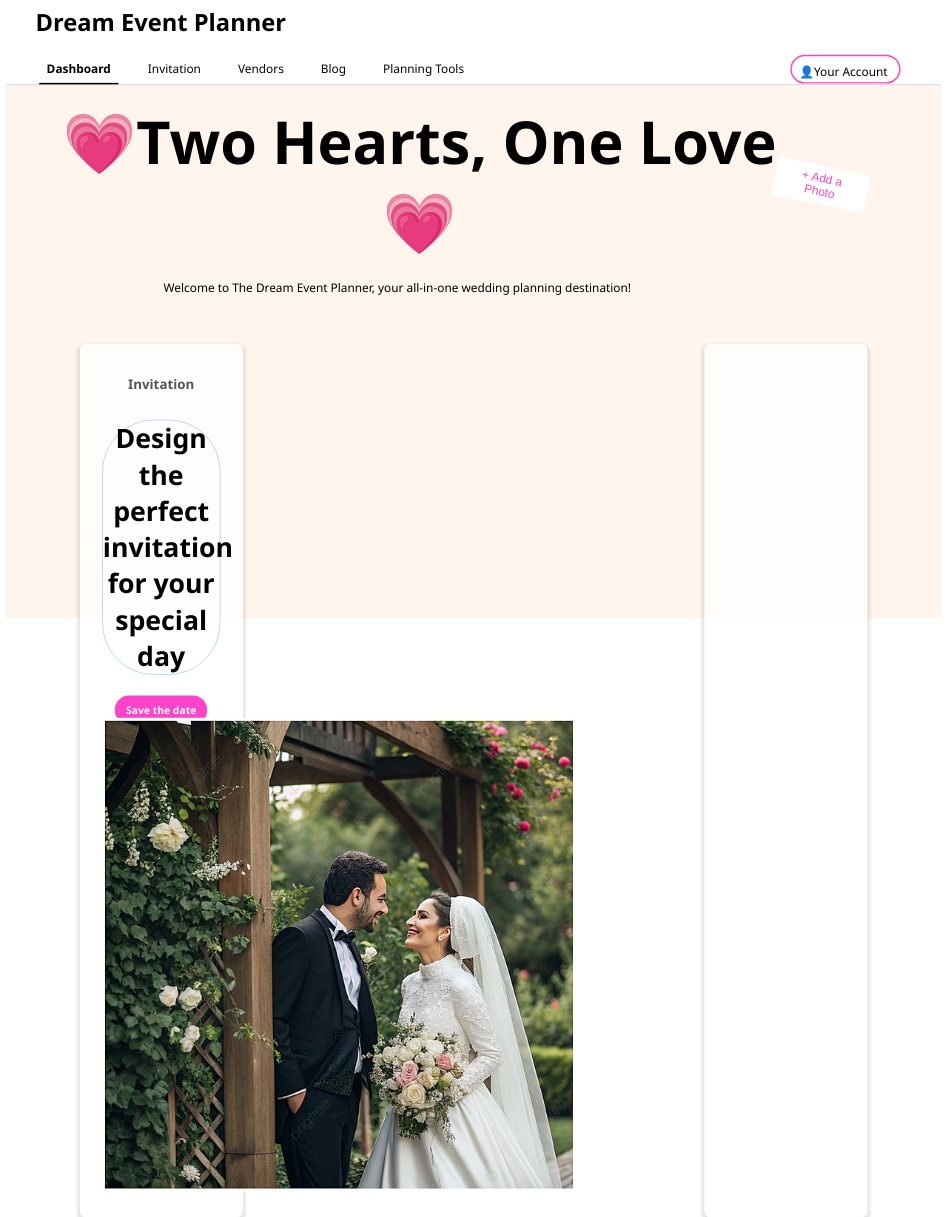
Repository: rajeshwari16945/Dream_Event_planner
Page: dep-admin-vendor-svc/src/main/resources/static/html/dashboard.html
An editor plug-in stored every save of this project. The page is shown before and after the next save, followed by the edit.
The browser window is 1280 px wide. The pictures show the whole page, at 74% of full size.
The page's requests for data from a server got no answer.

Above is the page before, as saved 2025-03-04 18:11:33.

### dep-admin-vendor-svc/src/main/resources/static/html/dashboard.html
<!DOCTYPE html>
<html>
	<head>
		<meta charset="UTF-8"/>
		<title>Dream Event Planner</title>
		<link type="text/css" rel="stylesheet" href="../css/style.css">
		<script src="https://ajax.googleapis.com/ajax/libs/jquery/3.7.1/jquery.min.js"></script>
		<script src="../javascript/checkSession.js"></script>
		<script src="../javascript/UserNavigationJQ.js"></script>
		<script src="../javascript/UserDashboard.js"></script>
		<script>
		  fetch('userNavigation.html')
		    .then(response => response.text())
		    .then(data => {
		      document.getElementById('content').innerHTML = data;
		    });
		</script>
	</head>
	<body>
		<div id="content"></div>
		<main>
			<div class="dashboard-page">
				<div class="dashboard-section1">
					<div class="dashboard-heading">
						<h1 class="welcome-heading">💗Two Hearts, One Love💗</h1>
						<p class="welcome-msg">Welcome to The Dream Event Planner, your all-in-one wedding planning destination!</p>
					</div>
					<div class="dashboard-image">
						<div id="user-image-preview"></div>
						<button class="dashboard-photo-button" id="changePhoto">+ Add a Photo</button>
						<input type="file" id="image" accept="image/*" style="display: none;">
					</div>
				</div>
				<div class="dashboard-section2">
					<div class="invitation-ad">
						<div class="invitation-ad-top">
							<div class="invitation-left-heading">
								<h1>Invitation</h1>
								<p>Design the perfect invitation for your special day</p>
							</div>
							<div class="invitation-right-button">
								<a href="Invitation.js">Save the date</a>
							</div>
						</div>
						<div class="invitation-ad-bottom">
							<img src="../images/invi-ad.jpg" alt="invitation-ad-image" />
						</div>
					</div>
					<div></div>
				</div>
			</div>
		</main>
	</body>
</html>

### dep-admin-vendor-svc/src/main/resources/static/html/userNavigation.html
<!DOCTYPE html>
<html>
	<head>
		<meta charset="utf-8">
		<title>Dream Event Planner</title>
		<link type="text/css" rel="stylesheet" href="../css/style.css">
		<script>
		    document.addEventListener("DOMContentLoaded", function () {
		        // Get the current page URL
		        let currentPage = window.location.pathname.split("/").pop();
		        // Select all navigation links
		        let navLinks = document.querySelectorAll(".user-nav-menu a");
		        // Loop through links and add the 'active' class if the href matches the page
		        navLinks.forEach(link => {
		            if (link.getAttribute("href") === currentPage) {
		                link.classList.add("active");
		            }
		        });
		    });
		</script>
	</head>
	<body>
		<div class="user_nav_main">
			<h1 class="top-heading">Dream Event Planner</h1>
			<div class="topnav">
                <div class="float-left">
					<ul class="user-nav-menu">
	                    <li><a class="nav-items active" href="dashboard.html">Dashboard</a></li>
	                    <li><a class="nav-items" href="invitation.html">Invitation</a></li>
	                    <li class="dropdown">
							<a href="">Vendors</a>
							<ul class="dropdown-menu">
				                <li><a href="VendorList.html?type=Venue">Venue</a></li>
				                <li><a href="VendorList.html?type=Catering">Catering</a></li>
				                <li><a href="VendorList.html?type=Photographer">Photographers</a></li>
				            </ul>
						</li>
	                    <li><a class="nav-items" href="">Blog</a></li>
	                    <li><a class="nav-items" href="BudgetPlanner.html">Planning Tools</a></li>
					</ul>
                </div>
                <div class="float-right">
					<ul class="user-nav-menu">
						<li class="dropdown">
							<a href="" class="account-menu">👤Your Account</a>
							<ul class="dropdown-menu">
								<li><a href="UserSettings.html">Account Settings</a></li>
								<li><button id="logoutButton">Log out</button></li>
							</ul>
						</li>
					</ul>
                </div>
            </div>
		</div>
	</body>
</html>

Loaded but not shown: dep-admin-vendor-svc/src/main/resources/static/javascript/UserDashboard.js (61 lines, source omitted); dep-admin-vendor-svc/src/main/resources/static/javascript/checkSession.js (47 lines, source omitted); dep-admin-vendor-svc/src/main/resources/static/javascript/UserNavigationJQ.js (25 lines, source omitted); dep-admin-vendor-svc/src/main/resources/static/css/style.css (2052 lines, source omitted)

After the next save:
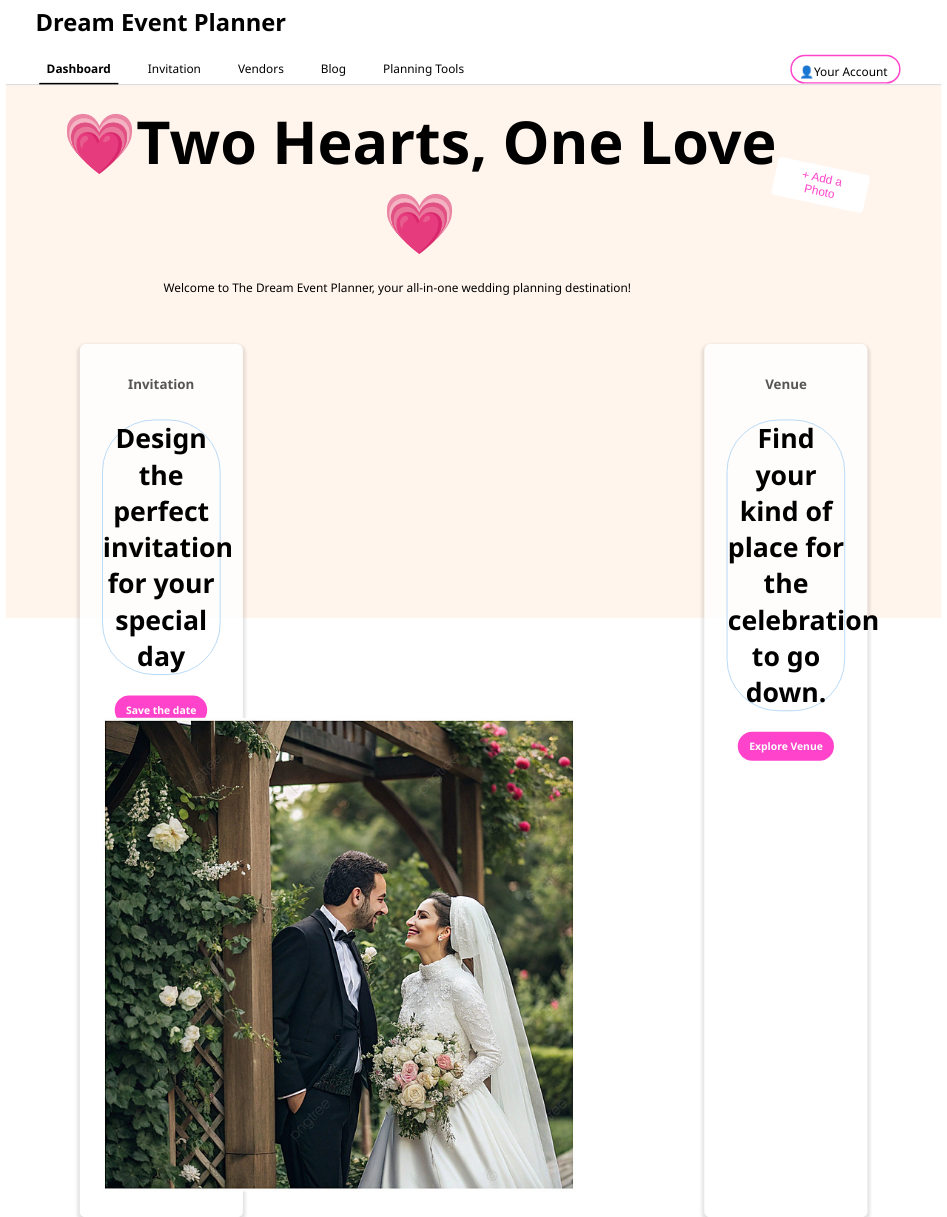
Saved 21 min 22 s later.
--- a/dep-admin-vendor-svc/src/main/resources/static/html/dashboard.html
+++ b/dep-admin-vendor-svc/src/main/resources/static/html/dashboard.html
@@ -46,7 +46,17 @@
 							<img src="../images/invi-ad.jpg" alt="invitation-ad-image" />
 						</div>
 					</div>
-					<div></div>
+					<div class="venue-ad">
+						<div class="venue-ad-top">
+							<div class="venue-left-heading">
+								<h1>Venue</h1>
+								<p>Find your kind of place for the celebration to go down.</p>
+							</div>
+							<div class="venue-right-button">
+								<a href="VendorList.html?type=Venue">Explore Venue</a>
+							</div>
+						</div>
+					</div>
 				</div>
 			</div>
 		</main>
